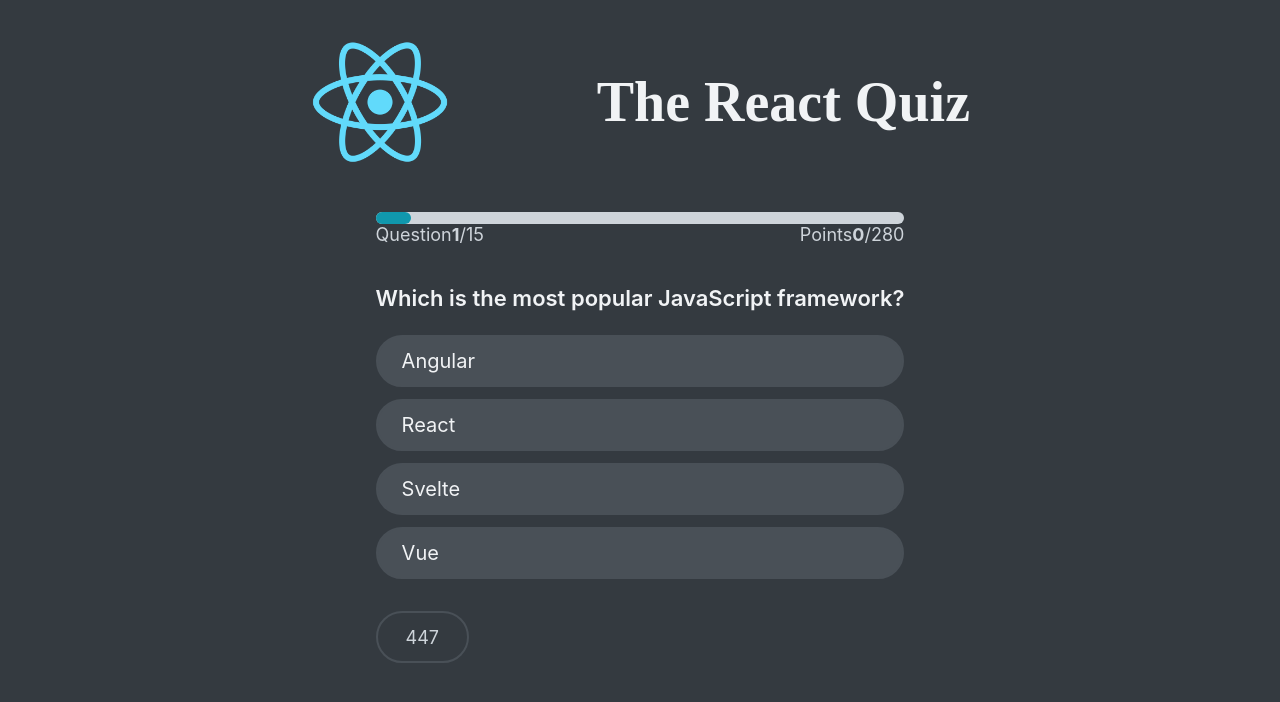
Repository: Zedestar/react-quiz-app
Page: /, after clicking the first element matching `button.btn`
These files come from the project's save history. The page is drawn as it stood at one moment and after the next save; the edit follows.
The browser window is 1280 px wide. The pictures show the whole page.
The project was rebuilt for these pictures with package versions that can differ from the ones it lists, and the page was loaded fresh each time. Requests to the local data server were answered from the project's data file. Also part of the build but not shown: src/Error.js, src/next-question.js, src/finish-screen.js.

Above is the page before, as saved 2025-07-18 09:59:05.

### src/index.js
import React from "react";
import ReactDOM from "react-dom/client";
import "./index.css";
import App from "./App";
import { Provider } from "react-redux";
import store from "./app/store";
// import reportWebVitals from "./reportWebVitals";

const root = ReactDOM.createRoot(document.getElementById("root"));
root.render(
  <React.StrictMode>
    <Provider store={store}>
      <App />
    </Provider>
  </React.StrictMode>
);

### src/App.js
// import DateCounter from "./DateCounter";
import { useEffect, useReducer } from "react";
import Header from "./Header";
import Loader from "./Loader";
import Error from "./Error";
// import Main from "./main";
import StartScreen from "./start-screen";
import Question from "./question";
import FinishScreen from "./finish-screen";

const time_per_each_question = 30;

const initialState = {
  questions: [],
  status: "loading",
  index: 0,
  answer: null,
  points: 0,
  timeRemaining: null,
};

function reducer(state, action) {
  switch (action.type) {
    case "dataReceived":
      return {
        ...state,
        questions: action.payload,
        status: "ready",
      };
    case "dataFailed":
      return {
        ...state,
        status: "error",
      };
    case "startState":
      return {
        ...state,
        status: "active",
        timeRemaining: state.questions.length * time_per_each_question,
      };
    case "newAnswer":
      const currentQuestion = state.questions.at(state.index);
      return {
        ...state,
        answer: action.payload,
        points:
          currentQuestion.correctOption === action.payload
            ? state.points + currentQuestion.points
            : state.points,
      };
    case "nextQuestion":
      if (state.index < state.questions.length - 1) {
        return {
          ...state,
          index: state.index + 1,
          answer: null,
        };
      } else {
        return {
          ...state,
          status: "finished",
        };
      }
    case "setTime":
      if (state.timeRemaining > -1) {
        return {
          ...state,
          timeRemaining: state.timeRemaining - 1,
        };
      } else {
        return {
          ...state,
          status: "finished",
          timeRemaining: 50,
        };
      }
    case "resetQuiz":
      return {
        ...state,
        questions: action.payload,
        status: "ready",
        index: 0,
        answer: null,
        points: 0,
      };
    default:
      throw new Error("The action is unknown");
  }
}

function App() {
  const [{ questions, status, index, answer, points, timeRemaining }, dispach] =
    useReducer(reducer, initialState);
  const numberOfQuestion = questions.length;
  const totalPoints = questions.reduce((accumulator, current) => {
    return accumulator + current.points;
  }, 0);

  useEffect(function () {
    fetch("http://localhost:9000/questions")
      .then((res) => res.json())
      .then((data) =>
        dispach({
          type: "dataReceived",
          payload: data,
        })
      )
      .catch((err) =>
        dispach({
          type: "dataFailed",
        })
      );
  }, []);

  return (
    <div className="app">
      <Header />
      {status === "loading" && <Loader />}
      {status === "error" && <Error />}
      {status === "ready" && (
        <StartScreen numberOfQuestion={numberOfQuestion} dispach={dispach} />
      )}
      {status === "active" && (
        <Question
          question={questions[index]}
          answer={answer}
          dispach={dispach}
          points={points}
          index={index}
          numberOfQuestion={numberOfQuestion}
          totalPoints={totalPoints}
          timeRemaining={timeRemaining}
        />
      )}

      {status === "finished" && (
        <FinishScreen
          totalPoints={totalPoints}
          points={points}
          dispach={dispach}
          questions={questions}
        />
      )}
    </div>
  );
}

export default App;

### src/app/store.jsx
import { configureStore } from "@reduxjs/toolkit";
import counterReducer from "../features/counter/counter-slice";
import dateCounter from "../features/dateCounter/date-counter";

const store = configureStore({
  reducer: {
    counter: counterReducer,
    dateCounter: dateCounter,
  },
});

export default store;

### src/start-screen.js
function StartScreen({ numberOfQuestion, dispach }) {
  return (
    <div className="start">
      <h2>Welcome to the React Quiz</h2>
      <h3>{numberOfQuestion} questions to test your react mastery</h3>
      <button
        className="btn btn-ui"
        onClick={() => dispach({ type: "startState" })}
      >
        Let's start
      </button>
    </div>
  );
}

export default StartScreen;

### src/question.js
import Options from "./Options";
import Footer from "./footer";
import NextQuestion from "./next-question";
import Progress from "./progress";
import Timer from "./timer";

function Question({
  question,
  answer,
  dispach,
  points,
  index,
  numberOfQuestion,
  totalPoints,
  timeRemaining,
}) {
  console.log(question);
  return (
    <div>
      <Progress
        index={index}
        numberOfQuestion={numberOfQuestion}
        totalPoints={totalPoints}
        points={points}
      />
      <h4>{question.question}</h4>
      <Options question={question} answer={answer} dispach={dispach} />
      <Footer>
        <Timer timeRemaining={timeRemaining} dispach={dispach} />
        <NextQuestion dispach={dispach} answer={answer} />
      </Footer>
    </div>
  );
}

export default Question;

### src/features/counter/counter-slice.jsx
import { createSlice } from "@reduxjs/toolkit";

const initialState = {
  value: 0,
};

const counterSlice = createSlice({
  name: "counter",
  initialState,
  reducers: {
    increment: (state) => {
      state.value += 1;
    },
    decrement: (state) => {
      state.value -= 1;
    },
    incrementByValue: (state, action) => {
      state.value = +action.payload;
    },
  },
});

export const { increment, decrement, incrementByValue } = counterSlice.actions;
export default counterSlice.reducer;

### src/features/dateCounter/date-counter.jsx
import { createSlice } from "@reduxjs/toolkit";

const initialState = {
  value: new Date("june 21 2027"),
};

const dateSlice = createSlice({
  name: "dateCounter",
  initialState,
  reducers: {
    incrementByStep: (state, action) => {
      const currentDate = state.value.getDate();
      state.value.setDate(currentDate + action.payload);
    },
    decrementByStep: (state, action) => {
      const currentDate = state.value.getDate();
      state.value.setDate(currentDate - action.payload);
    },
  },
});

export const { incrementByStep, decrementByStep } = dateSlice.actions;
export default dateSlice.reducer;

### src/Options.js
function Options({ question, answer, dispach }) {
  return (
    <div className="options">
      {question.options.map((option, index) => (
        <button
          className={`btn btn-option ${index === answer ? "answer" : ""} ${
            answer != null
              ? index === question.correctOption
                ? "correct"
                : "wrong"
              : ""
          }`}
          key={option}
          disabled={answer != null}
          onClick={() => {
            dispach({ type: "newAnswer", payload: index });
          }}
        >
          {option}
        </button>
      ))}
    </div>
  );
}

export default Options;

### src/progress.js
function Progress({ index, numberOfQuestion, totalPoints, points }) {
  return (
    <>
      <progress max={numberOfQuestion} value={index + 1}></progress>
      <header className="progress">
        <p>
          Question
          <strong>{index + 1}</strong>/{numberOfQuestion}
        </p>
        <p>
          Points
          <strong>{points}</strong>/{totalPoints}
        </p>
      </header>
    </>
  );
}

export default Progress;

### src/timer.js
import { useEffect } from "react";

function Timer({ timeRemaining, dispach }) {
  useEffect(() => {
    const id = setInterval(() => {
      dispach({ type: "setTime" });
    }, 1000);
    return () => clearInterval(id);
  }, [dispach]);

  return <div className="timer">{timeRemaining}</div>;
}

export default Timer;

Loaded but not shown: public/index.html (common file); src/index.css (common file); src/Header.js (common file); src/Loader.js (common file); src/footer.js (common file); data/questions.json (common file)

After the next save:
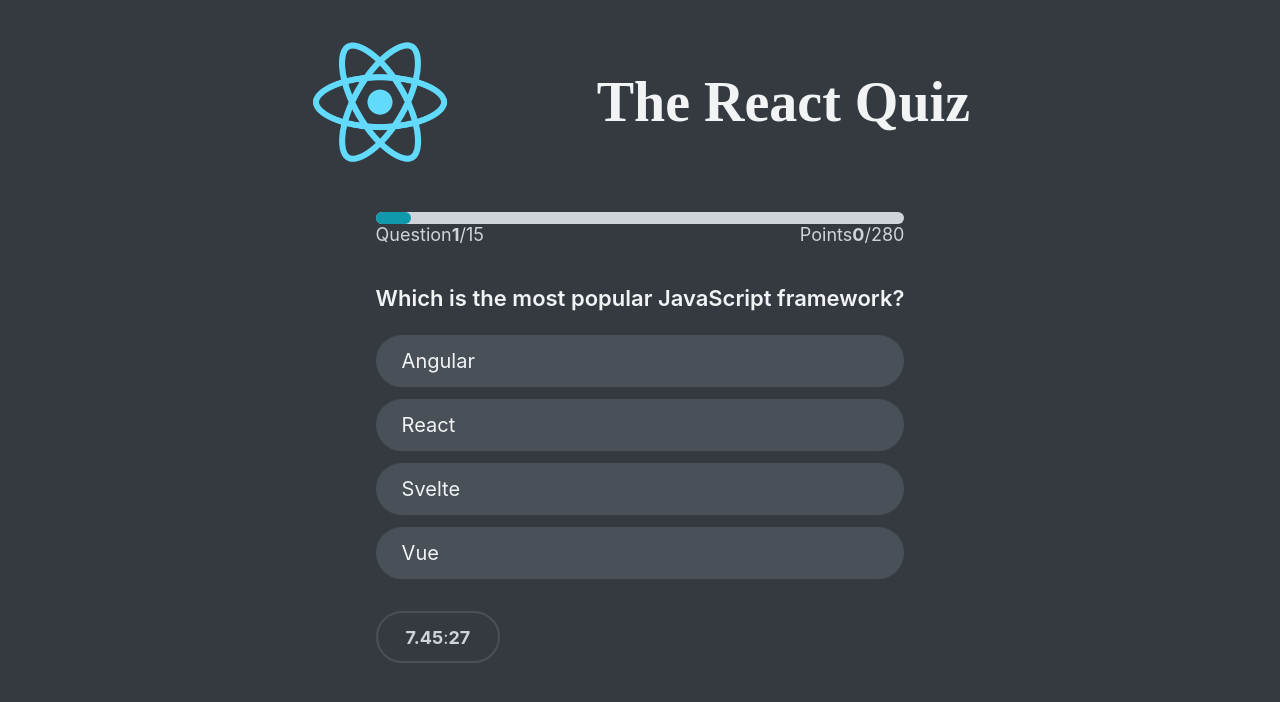
Saved 4 min 32 s later.
--- a/src/timer.js
+++ b/src/timer.js
@@ -8,7 +8,14 @@
     return () => clearInterval(id);
   }, [dispach]);
 
-  return <div className="timer">{timeRemaining}</div>;
+  const mins = timeRemaining / 60;
+  const secs = timeRemaining % 60;
+
+  return (
+    <div className="timer">
+      <strong>{mins}</strong>:<strong>{secs}</strong>
+    </div>
+  );
 }
 
 export default Timer;
